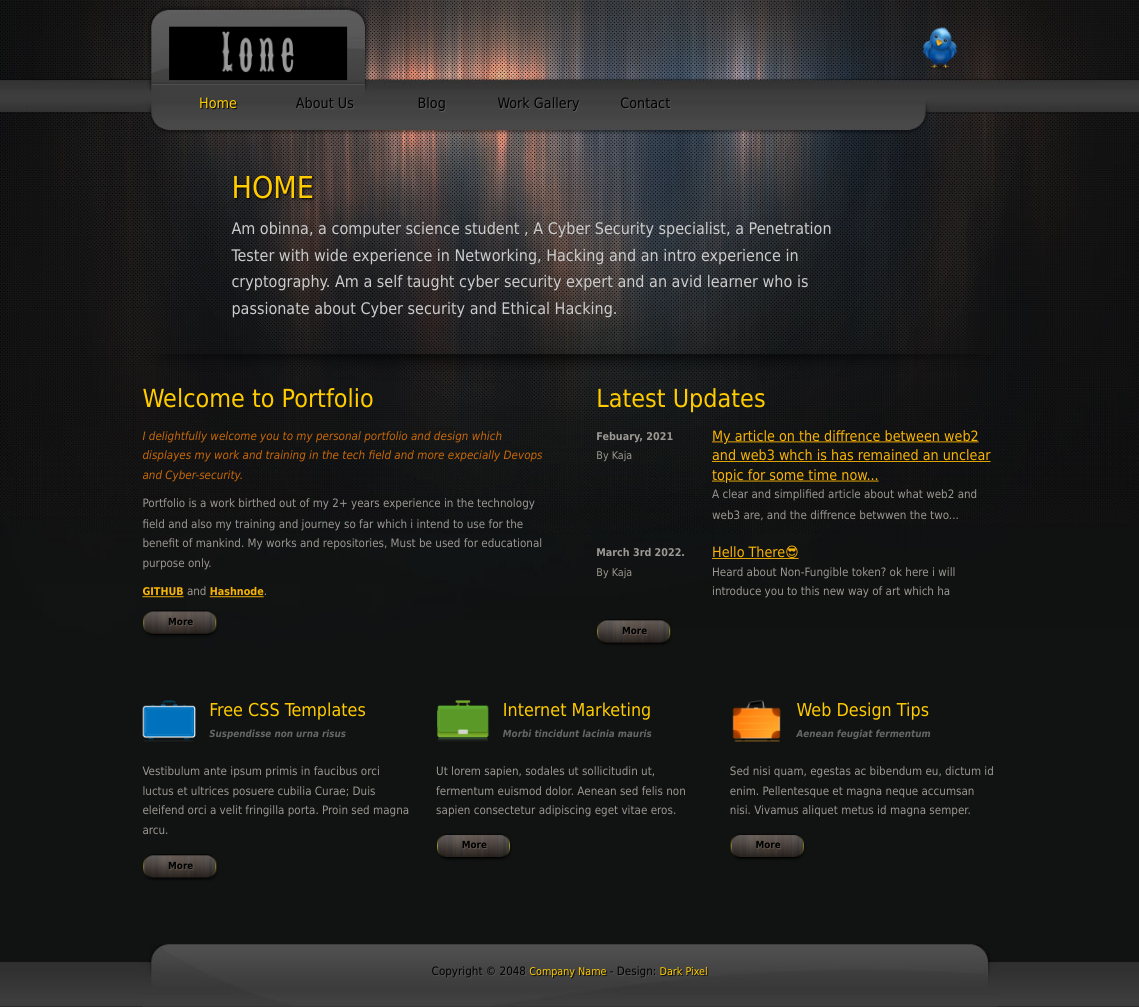
Repository: xenacode-art/Portfolio
Page: 2020_dark_pixel/index.html
The author's editor kept a copy of each file at every save. The page is drawn from the files as they stood at one save, then again after a run of saves.
The browser window is 1280 px wide. The pictures show the whole page, at 89% of full size.
Pictures or frames that could not be fetched are drawn as grey boxes.

Above is the page before, as saved 2022-03-07 22:23:52.

### 2020_dark_pixel/index.html
<!DOCTYPE html PUBLIC "-//W3C//DTD XHTML 1.0 Transitional//EN" "http://www.w3.org/TR/xhtml1/DTD/xhtml1-transitional.dtd">
<html xmlns="http://www.w3.org/1999/xhtml">
<head>
<meta http-equiv="Content-Type" content="text/html; charset=utf-8" />
<!--
	Template 2020 Dark Pixel
    http://www.tooplate.com/view/2020-dark-pixel
-->
<title>Dark</title>
<meta name="keywords" content="" />
<meta name="description" content="" />
<link href="tooplate_style.css" rel="stylesheet" type="text/css" />
</head>
<body>

<div id="tooplate_wrapper">

    <div id="tooplate_header">

    	<div id="site_title"><h1><a href="#">Dark</a></h1></div>
        <div id="twitter"><a href="#"></a></div>

        <div id="tooplate_menu">
            <ul>
                <li><a href="index.html" class="current">Home</a></li>
                <li><a href="about.html">About Us</a></li>
                <li><a href="blog.html">Blog</a></li>
                <li><a href="gallery.html">Work Gallery</a></li>
                <li class="last"><a href="contact.html">Contact</a></li>
            </ul>
        </div> <!-- end of tooplate_menu -->

    </div> <!-- end of header -->

    <div id="tooplate_middle">
    	<div id="mid_title">
        	HOME
        </div>
            <p>Am obinna, a computer science student , A Cyber Security specialist, a Penetration Tester with
                wide experience in Networking, Hacking and an intro experience in cryptography.
                Am a self taught cyber security expert and an avid learner who is passionate about Cyber security
                and Ethical Hacking.</p>
    </div> <!-- end of middle -->

    <div id="tooplate_main">

            <div class="col_w960">

            	<div class="col_w450 lp_box float_l">
                    <h2>Welcome to Portfolio</h2>
                    <p><em> I delightfully welcome you to my personal portfolio and design which displayes my work and training in the tech field and more expecially Devops and Cyber-security.</em></p>
                     <p>Portfolio is a work birthed  out of my 2+ years experience in the technology field and also my training and journey so far which i intend to use for the benefit of mankind. My works and repositories, Must be used for educational purpose only.<!----Credits go to <a rel="nofollow" href="http://www.vectorvaco.com">Free Vectors</a> for Vector Icons and <a rel="nofollow" href="http://www.photovaco.com">Free Photos</a> for photos used in this website template.</p> -->
                    <p> <a href="https://github.com/xenacode-art" rel="nofollow"><strong>GITHUB</strong></a> and <a href="https://hashnode.com/@xenacod" rel="nofollow"><strong>Hashnode</strong></a>.</p>
                    <a class="more" href="https://hashnode.com/@xenacod">More</a>
                </div>

                <div class="col_w450 float_r">
                    <h2>Latest Updates</h2>

					<div class="lbe_box">
                        <div class="lbe_date">
                            Febuary, 2021
                            <span>By Kaja </span>
                        </div>

						<div class="lbe_content">
                            <h3><a href="https://xenacod.hashnode.dev/web2-vs-web3-clear-difference">My article on the diffrence between web2 and web3 whch is has remained an unclear topic for some time now...
                            </a></h3>
                            <p>A clear and simplified article about what web2 and web3 are, and the diffrence betwwen the two...</p>
                        </div>
                        <div class="cleaner"></div>
                    </div>

					<div class="lbe_box">
                        <div class="lbe_date">
                            March 3rd 2022.
                            <span>By Kaja</span>
                        </div>

						<div class="lbe_content">
                            <h3><a href="https://xenacod.hashnode.dev/non-fungible-token-nft"> Hello There😎</a></h3>
                            <p>Heard about Non-Fungible token? ok here i will introduce you to this new way of art which ha</p>
                        </div>
                        <div class="cleaner"></div>
                    </div>

					<a class="more" href="#">More</a>
                </div>

                <div class="cleaner"></div>
            </div>

        	<div class="col_w960 col_last">
              <div class="col_allw300 frontpage_box">
                    <img src="images/tooplate_bc_blue.png" alt="Image" />
                    <h2>Free CSS Templates</h2>
                    <span class="tagline">Suspendisse non urna risus</span>
                    <p>Vestibulum ante ipsum primis in faucibus orci luctus et ultrices posuere cubilia Curae; Duis eleifend orci a velit fringilla porta. Proin sed magna arcu.</p>
                    <a class="more" href="#">More</a>
                </div>

				<div class="col_allw300 frontpage_box">
                    <img src="images/tooplate_bc_green.png" alt="Image" />
                    <h2>Internet Marketing</h2>
                    <span class="tagline">Morbi tincidunt lacinia mauris</span>
                    <p>Ut lorem sapien, sodales ut sollicitudin ut, fermentum euismod dolor. Aenean sed felis non sapien consectetur adipiscing eget vitae eros.</p>
                    <a class="more" href="#">More</a>
                </div>

				<div class="col_allw300 frontpage_box col_last">
                    <img src="images/tooplate_bc_orange.png" alt="Image" />
                  <h2>Web Design Tips</h2>
                    <span class="tagline">Aenean feugiat fermentum </span>
                  <p>Sed nisi quam, egestas ac bibendum eu, dictum id enim. Pellentesque et magna neque accumsan nisi. Vivamus aliquet metus id magna semper. </p>
                    <a class="more" href="#">More</a>
                </div>
                <div class="cleaner"></div>
            </div>
    </div> <!-- end of main -->

</div> <!-- end of wrapper -->

<div id="tooplate_footer_wrapper">
    <div id="tooplate_footer">

        Copyright © 2048 <a href="#">Company Name</a> - Design: <a href="http://www.tooplate.com/view/2020-dark-pixel">Dark Pixel</a>

    </div>
    <!-- end of tooplate_footer -->
</div>
<!--   Free Website Template by t o o p l a t e . c o m   -->
</body>
</html>

### 2020_dark_pixel/tooplate_style.css
/*

Template 2020 Dark Pixel

http://www.tooplate.com/view/2020-dark-pixel

*/

body {
	margin: 0;
	padding: 0;
	color: #9c9893;
	font-family: Tahoma, Geneva, sans-serif;
	font-size: 13px;
	line-height: 1.7em;
	background-color: #111212;
	background-image: url(images/tooplate_body.jpg);
	background-repeat: repeat-x;
	background-position: top center
}

a, a:link, a:visited {
	color: #f9b507;
	font-weight: normal;
	text-decoration: underline;
	font-size: 12px;
}

a:hover {
	text-decoration: none;
}

a.more {
	display: block;
	width: 86px;
	height: 29px;
	padding: 2px 0 0;
	text-align: center;
	text-decoration: none;
	font-weight: 700;
	font-size: 11px;
	background: url(images/tooplate_more.png)  no-repeat top center;
	color: #000;
	text-shadow: 1px 1px 1px #625953
}

a.more:hover {
	color: #fff;
	text-shadow: 1px 1px 1px #000
}

p { margin: 0 0 10px 0; padding: 0; }
img { border: none; }
blockquote { font-style: italic; margin: 0 0 0 10px;}
cite { font-weight: bold; color:#fff; }
cite span { color: #fff; }
em { color: #c8690a; }

h1, h2, h3, h4, h5, h6 { color: #ffcc00; font-weight: normal; }
h1 { font-size: 34px; margin: 0 0 20px; padding: 5px 0 }
h2 { font-size: 28px; margin: 0 0 15px; padding: 5px 0; }
h3 { font-size: 24px; margin: 0 0 15px; padding: 0; }
h4 { font-size: 18px; margin: 0 0 15px; padding: 0; }
h5 { font-size: 16px; margin: 0 0 10px; padding: 0;  }
h6 { font-size: 14px; margin: 0 0 5px; padding: 0; }

.cleaner { clear: both }
.h10 { height: 10px }
.h20 { height: 20px }
.h30 { height: 30px }
.h40 { height: 40px }
.h50 { height: 50px }
.h60 { height: 60px }

.float_l { float: left }
.float_r { float: right }

.image_wrapper {
	display: inline-block;
	border: 1px solid #414141;
	padding: 4px;
	background: #000;
	margin-bottom: 5px
}

.image_fl {
	float: left;
	margin: 3px 30px 0 0
}

.image_fr {
	float: right;
	margin: 3px 0 0 30px
}

.tooplate_list {
	margin: 20px 0 20px 20px;
	padding: 0;
	list-style: none;
}

.tooplate_list li {
	color:#fff;
	margin: 0;
	padding: 0 0 5px 20px;
	background: url(images/tooplate_list.png) no-repeat scroll 0 5px;
}

.tooplate_list li a {
	color: #fff;
	font-weight: normal;
	font-size: 12px;
	text-decoration: none;
}

.tooplate_list li a:hover {
	text-decoration: underline;
}

#tooplate_wrapper {
	width: 960px;
	margin: 0 auto;
	padding: 0 10px;
	background: url(images/tooplate_body.jpg) top center no-repeat
}

#tooplate_header {
	clear: both;
	width: 940px;
	height: 130px;
	padding: 10px;
	background: url(images/tooplate_header.jpg) top center no-repeat
}

#site_title {
	float: left;
	width: 240px;
	height: 55px;
	margin: 20px auto;
}

#site_title h1 {
	margin: 0;
	padding: 0;
}

#site_title h1 a {
	display: block;
	width: 240px;
	height: 60px;
	color: #fff;
	outline: none;
	text-indent: -10000px;
	background: url(images/tooplate_logo.png) no-repeat top center
}

#twitter a{
	float: right;
	font-weight: normal;
	display: block;
	padding: 25px 55px 25px 0;
	margin: 20px 30px 0 0;
	color: #000;
	font-size: 18px;
	background: url(images/twitter.png)  no-repeat right center
}

/* menu */

#tooplate_menu {
	clear: both;
	width: 910px;
	padding: 0 15px;
	background: url(images/tooplate_menu.png)
}

#tooplate_menu ul {
	margin: 0 auto;
	padding: 0;
	list-style: none;
}

#tooplate_menu ul li {
	padding: 0;
	margin: 0;
	display: inline;
}

#tooplate_menu ul .last { background: none }

#tooplate_menu ul li a {
	float: left;
	display: block;
	width: 120px;
	padding: 0;
	font-size: 16px;
	color: #000;
	text-shadow: 1px 1px 1px #5f5f5f;
	text-align: center;
	text-decoration: none;
	font-weight: 400;
	outline: none;
	border: none;
}

#tooplate_menu ul li a:hover, #tooplate_menu ul .current {
	color: #ffcc00;
	text-shadow: 1px 1px 1px #000
}

/* end of menu */

#tooplate_middle {
	clear: both;
	width: 760px;
	padding: 50px 100px 60px;
	overflow: hidden;
	background: url(images/tooplate_mid_divider.png) bottom center no-repeat
}

#mid_title {
	font-size: 34px;
	font-weight: 400;
	color: #ffcc00;
	margin-bottom: 20px;
	text-shadow: 1px 1px 3px #000
}

#tooplate_middle p {
	width: 700px;
	font-size: 18px;
	color: #ccc;
	line-height: 30px;
}

/* main */

#tooplate_main {
	clear: both;
	width: 960px;
	padding: 0 0 40px;
	margin: 0;
}

.col_w960 { width: 960px; margin-bottom: 60px }
.col_w600 { width: 600px }
.col_w450 { width: 450px }
.col_w300 { width: 300px }
.col_w200 { width: 200px }
.col_allw300 { float: left; width: 300px; margin-right: 30px }
.col_last { margin: 0 }

.frontpage_box h2 {
	font-size: 20px;
	padding: 0;
	margin-bottom: 5px;
	color: #ffcc00;
}

.frontpage_box img {
	float: left; margin-right: 15px;
}

.frontpage_box a.more {
	margin-top: 15px;
}

.tagline {
	display: block;
	font-size: 11px;
	font-weight: bold;
	font-style: italic;
	color: #666;
	margin-bottom: 20px
}

.lp_frontpage {
	margin: 0;
	padding: 0;
	list-style: none
}

.lp_frontpage li {
	margin: 0;
	padding: 0;
	display: inline
}

.lp_frontpage li a {
	float: left;
	display: block;
	width: 200px;
	height: 100px;
	margin: 0 10px 10px 0
}

.lp_frontpage li a img {
	width: 190px;
	height: 90px;
	border: 1px solid #203252;
	padding: 4px;
}

.sb_lp_box { clear: both; margin-bottom: 20px }
.sb_lp_box img { width: 280px; height: 140px; padding: 9px; border: 1px solid #ccc }


#gallery {
	margin: 0;
	padding: 0
}

#gallery .gallery_box {
	clear: both;
	margin-bottom: 30px;
	padding-bottom: 30px;
	background: url(../images/tooplate_hr_divider.png) bottom repeat-x
}

#gallery .gallery_box img {
	float: left;
	width: 420px;
	height: 200px;
	border: 1px solid #ccc;
	padding: 9px;
	margin-right: 40px;
	background: #fff
}

#gallery .last_box {
	margin-bottom: 0;
	padding-bottom: 0;
	background: none
}

.news_box { margin-bottom: 60px }
.news_box h2 { font-size: 16px; margin-bottom: 0 }
.news_box p.date { color: #000; margin-bottom: 0 }
.news_box img { float: left; width: 100px; height: 100px; border: 5px solid #ccc; margin-right: 20px; }
.news_box a.more { float: right; }

.post_box {
	clear: both;
	margin-bottom: 30px;
	padding-bottom: 30px;
	background: repeat-x bottom;
}

.post_box_date {
	float: left;
	width: 100px;
	font-size: 12px;
	font-weight: bold;
	padding-top:10px;
}

.post_box_date span {
	display: block;
	font-weight: normal;
}

.post_box_content {
	float: right;
	width: 480px
}

.post_box_content img {
	margin-bottom: 10px
}

.post_box h2 {
	font-size: 34px;
	margin-bottom: 20px;
}

.post_box h2 a {
	color: #ffcc00;
	font-size: 34px;
	font-weight: normal;
	line-height: 34px;
	margin-bottom: 20px;
	text-decoration: none
}

.post_box h2 a span {
	font-size: 12px;
	color: #333
}

.post_box p {
	margin-bottom: 0;
}

.post_box p.date {
	font-size: 10px;
	font-weight: 700;
	color: #0e4369
}

.post_box .more {
	clear: both;
	float: right;
	margin-top: 20px;
}

.lbe_box {
	clear: both;
	margin-bottom: 20px;
}

.lbe_date {
	float: left;
	width: 100px;
	font-size: 12px;
	font-weight: bold;
}

.lbe_date span {
	display: block;
	font-weight: normal;
}

.lbe_content {
	float: right;
	width: 320px;
}

.lbe_box h3 {
	font-size: 16px;
	margin-bottom: 0;
}

.lbe_box h3 a {
	color: #f9b507;
	font-size: 16px;
	font-weight: normal;
}

.lbe_box h3 a span {
	font-size: 12px;
	color: #333;
}

.lbe_box p {
	margin-bottom: 0;
}

.lbe_box p.date {
	font-size: 10px;
	font-weight: 700;
	color: #f9b507;
}

#cp_contact_form {
	padding: 0;
	width: 400px
}

#cp_contact_form form {
	margin: 0px;
	padding: 0px;
}

#cp_contact_form form .input_field {
	width: 388px;
	padding: 5px;
	color: #aaa;
	border: 1px solid #3b3a3a;
	background: #1b1a1a;
	font-family: Verdana,Geneva,sans-serif;
    font-size: 12px;
	margin-top: 5px;
}

#cp_contact_form form label {
	display: block;
	width: 220px;
	margin-right: 10px;
	font-size: 13px;
	color: #ccc;
}

#cp_contact_form form textarea {
	width: 388px;
	height: 160px;
	padding: 5px;
	color: #aaa;
	border: 1px solid #3b3a3a;
	background: #1b1a1a;
	font-family: Verdana,Geneva,sans-serif;
    font-size: 12px;
	margin-top: 5px;
}

#cp_contact_form form .submit_btn  {
	margin: 5px 0px;
	padding: 3px 14px;
	font-weight: bold;
	color: #aaa;
	border: 1px solid #3b3a3a;
	background: #1b1a1a;
}

#map img {
	width: 300px;
	height: 200px;
	border: 1px solid #999;
	padding: 5px;
}

#tooplate_footer_wrapper {
	margin-top: 30px;
	clear: both;
	width: 100%;
	background: url(images/tooplate_footer_repeat.jpg) repeat-x top
}

#tooplate_footer {
	clear: both;
	width: 960px;
	height: 30px;
	padding: 20px 14px;
	text-align: center;
	color: #000;
	text-shadow: 1px 1px 1px #585858;
	margin: 0 auto;
	background: url(images/tooplate_footer.jpg) no-repeat top
}

#tooplate_footer a {
	font-weight: normal;
	color: #ffcc00;
	text-decoration: none;
	text-shadow: 1px 1px 1px #000
}

After the next 2 saves:
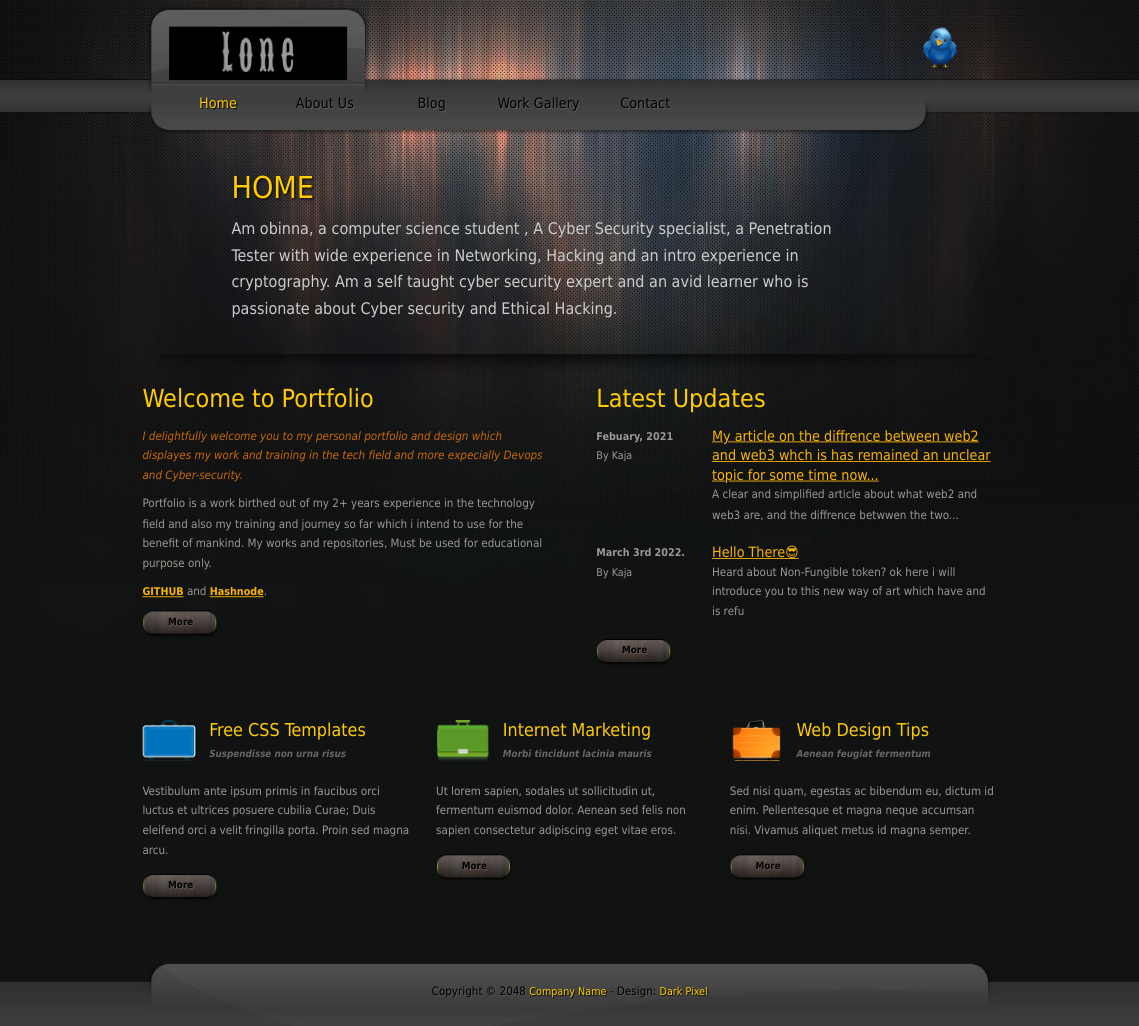
The 2 saves are shown as one change because they came seconds apart.
The last was saved 7 s later.
--- a/2020_dark_pixel/index.html
+++ b/2020_dark_pixel/index.html
@@ -79,7 +79,7 @@
 
 						<div class="lbe_content">
                             <h3><a href="https://xenacod.hashnode.dev/non-fungible-token-nft"> Hello There😎</a></h3>
-                            <p>Heard about Non-Fungible token? ok here i will introduce you to this new way of art which ha</p>
+                            <p>Heard about Non-Fungible token? ok here i will introduce you to this new way of art which have and is refu</p>
                         </div>
                         <div class="cleaner"></div>
                     </div>
